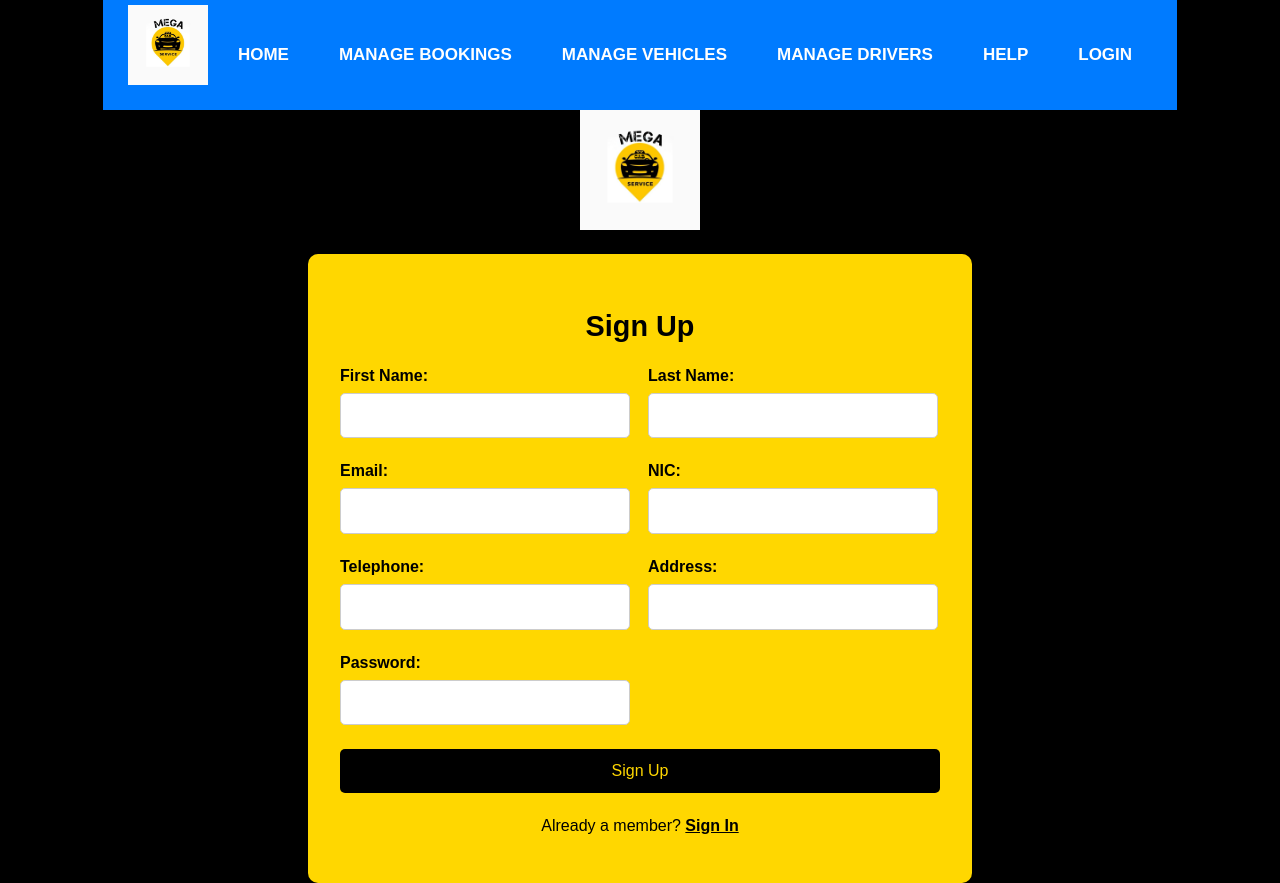
Repository: Maheesha122/MegaCityCab
Page: http://localhost/MegaCityCabs/authentication/signUp.jsp
An editor plug-in stored every save of this project. The page is shown before and after the next save, followed by the edit.
The browser window is 1280 px wide. The pictures show the whole page.
The page is served by Tomcat 10. Other server files are loaded and not shown.

Above is the page before, as saved 2025-03-13 10:01:42.

### MegaCityCab/MegaCityCabs/src/main/webapp/authentication/signUp.jsp
<!DOCTYPE html>
<html lang="en">
<head>
<body>
<%@ include file="navBar.jsp" %>
    <meta charset="UTF-8">
    <meta name="viewport" content="width=device-width, initial-scale=1.0">
    <title>Sign Up - Mega City Cab</title>
    <script src="https://cdn.jsdelivr.net/npm/sweetalert2@11"></script>
    <style>
        /* General Styles */
        body {
            font-family: Arial, sans-serif;
            background-color: #000000; /* Black background */
            margin: 0;
            padding: 0;
            display: flex;
            flex-direction: column;
            justify-content: center;
            align-items: center;
            min-height: 100vh;
        }

        /* Logo Styles */
        .logo {
            text-align: center;
            margin-bottom: 20px;
        }

        .logo img {
            height: 120px; /* Adjust logo size */
            width: auto;
        }

        /* Signup Container Styles */
        .signup-container {
            background-color: #FFD700; /* Yellow background */
            padding: 2rem;
            border-radius: 10px;
            box-shadow: 0 4px 10px rgba(0, 0, 0, 0.1);
            width: 100%;
            max-width: 600px; /* Increased width for better spacing */
            text-align: center;
        }

        .signup-container h2 {
            margin-bottom: 1.5rem;
            color: #000000; /* Black text */
            font-size: 1.8rem;
        }

        /* Form Styles */
        .form-row {
            display: flex;
            gap: 1rem; /* Spacing between columns */
            margin-bottom: 1.5rem; /* Spacing between rows */
        }

        .form-group {
            flex: 1; /* Each group takes equal space */
            text-align: left;
        }

        label {
            display: block;
            margin-bottom: 0.5rem;
            color: #000000; /* Black text */
            font-weight: bold;
        }

        input[type="text"],
        input[type="email"],
        input[type="tel"],
        input[type="password"] {
            width: 90%; /* Smaller input fields */
            padding: 0.8rem;
            border: 1px solid #ccc;
            border-radius: 5px;
            font-size: 1rem;
            transition: border-color 0.3s ease;
        }

        input:focus {
            border-color: #000000; /* Black border on focus */
            outline: none;
        }

        button[type="submit"] {
            width: 100%;
            padding: 0.8rem;
            background-color: #000000; /* Black background */
            color: #FFD700; /* Yellow text */
            border: none;
            border-radius: 5px;
            font-size: 1rem;
            cursor: pointer;
            transition: background-color 0.3s ease;
        }

        button:hover {
            background-color: #333333; /* Darker black on hover */
        }

        /* Signin Text Styles */
        .signin-text {
            margin-top: 1.5rem;
            color: #000000; /* Black text */
        }

        .signin-text a {
            color: #000000; /* Black text */
            text-decoration: underline; /* Underline for links */
            font-weight: bold;
        }

        .signin-text a:hover {
            color: #333333; /* Darker black on hover */
        }
    </style>
</head>
<body>

    <!-- Logo -->
    <div class="logo">
        <img src="images/logo.png" alt="Mega City Cab Logo">
    </div>

    <!-- Signup Container -->
    <div class="signup-container">
        <h2>Sign Up</h2>

        <form id="signupForm">
            <!-- First Row: First Name and Last Name -->
            <div class="form-row">
                <div class="form-group">
                    <label for="firstName">First Name:</label>
                    <input type="text" id="firstName" name="firstName" required>
                </div>
                <div class="form-group">
                    <label for="lastName">Last Name:</label>
                    <input type="text" id="lastName" name="lastName" required>
                </div>
            </div>

            <!-- Second Row: Email and NIC -->
            <div class="form-row">
                <div class="form-group">
                    <label for="email">Email:</label>
                    <input type="email" id="email" name="email" required>
                </div>
                <div class="form-group">
                    <label for="nic">NIC:</label>
                    <input type="text" id="nic" name="nic" required>
                </div>
            </div>

            <!-- Third Row: Telephone and Address -->
            <div class="form-row">
                <div class="form-group">
                    <label for="telephone">Telephone:</label>
                    <input type="tel" id="telephone" name="telephone" required>
                </div>
                <div class="form-group">
                    <label for="address">Address:</label>
                    <input type="text" id="address" name="address" required>
                </div>
            </div>

            <!-- Fourth Row: Password -->
            <div class="form-row">
                <div class="form-group">
                    <label for="password">Password:</label>
                    <input type="password" id="password" name="password" required>
                </div>
                <!-- Empty div to maintain alignment -->
                <div class="form-group"></div>
            </div>

            <!-- Submit Button -->
            <button type="submit">Sign Up</button>
        </form>

        <p class="signin-text">Already a member? <a href="signIn.html">Sign In</a></p>
    </div>

    <script>
        // Simulate registration logic
        document.getElementById("signupForm").addEventListener("submit", function(event) {
            event.preventDefault(); // Prevent the default form submission

            // Get form data
            const firstName = document.getElementById("firstName").value;
            const lastName = document.getElementById("lastName").value;
            const email = document.getElementById("email").value;
            const nic = document.getElementById("nic").value;
            const telephone = document.getElementById("telephone").value;
            const address = document.getElementById("address").value;
            const password = document.getElementById("password").value;

            // Simulate successful registration
            if (email && password) {
                // Store user data (in a real-world application, this should be sent to the backend)
                localStorage.setItem('user', JSON.stringify({
                    firstName,
                    lastName,
                    email,
                    nic,
                    telephone,
                    address,
                    password
                }));

                // Display success message using SweetAlert
                Swal.fire({
                    icon: 'success',
                    title: 'Registration Successful!',
                    text: 'You have been successfully registered.',
                    timer: 2500,
                    showConfirmButton: false
                }).then(() => {
                    // Redirect to the sign-in page after success
                    window.location.href = 'signIn.jsp';
                });
            } else {
                // Display failure message using SweetAlert
                Swal.fire({
                    icon: 'error',
                    title: 'Registration Failed!',
                    text: 'Please ensure all fields are filled out correctly.',
                    confirmButtonColor: '#d33'
                });
            }
        });
    </script>
</body>
</html>

### MegaCityCab/MegaCityCabs/src/main/webapp/authentication/navBar.jsp
<!DOCTYPE html>
<html>
<head>
<meta charset="UTF-8">
<title>Navbar with Dynamic Login/Logout</title>
<style>
    /* Internal CSS for the navbar */
    body {
        margin: 0;
        font-family: Arial, sans-serif;
    }

    .navbar {
        background-color: #007BFF; /* Blue background */
        overflow: hidden;
        display: flex;
        align-items: center;
        justify-content: space-between; /* Space between logo and links */
        padding: 0 20px;
        box-shadow: 0 2px 4px rgba(0, 0, 0, 0.1); /* Subtle shadow */
    }

    .navbar a {
        color: white; /* White text */
        text-align: center;
        padding: 20px 25px; /* Increased spacing */
        text-decoration: none;
        font-size: 17px;
        font-weight: bold; /* Stronger links */
        text-transform: uppercase; /* Uppercase text */
        transition: background-color 0.3s, color 0.3s; /* Smooth hover effect */
    }

    .navbar a:hover {
        background-color: #0056b3; /* Darker blue on hover */
        color: #fff; /* White text on hover */
    }

    .navbar a.logo {
        padding: 5px; /* Adjust padding for the logo */
    }

    .navbar a.logo img {
        height: 80px; /* Larger logo */
        vertical-align: middle;
    }

    .navbar .nav-links {
        display: flex;
        align-items: center;
    }

    /* Style for active link */
    .navbar a.active {
        background-color: #0056b3; /* Darker blue for active link */
        color: #fff; /* White text for active link */
    }
</style>
</head>
<body>

    <!-- Navbar -->
    <div class="navbar">
        <!-- Logo linking to home.jsp -->
        <a href="dashboard.jsp" class="logo">
            <img src="../images/logo.png" alt="Logo">
        </a>

        <!-- Navbar links aligned to the right -->
        <div class="nav-links" id="navLinks">
            <a href="dashboard.jsp">Home</a>
            <a href="manageBookings.jsp">Manage Bookings</a>
            <a href="manageVehicles.jsp">Manage Vehicles</a>
            <a href="manageDrivers.jsp">Manage Drivers</a>
            <a href="help.jsp">Help</a>
            <!-- Login/Logout link will be dynamically inserted by JavaScript -->
        </div>
    </div>

    <script>
        // Function to check if the user is logged in
        function checkLoginStatus() {
            // Retrieve user email from localStorage or sessionStorage
            const loggedInUser = localStorage.getItem('user_email') || sessionStorage.getItem('user_email');

            // Get the navLinks div where the login/logout link will be inserted
            const navLinks = document.getElementById('navLinks');

            // Clear the login/logout link to ensure it is reset
            const existingLoginLink = document.getElementById('loginLogoutLink');
            if (existingLoginLink) {
                navLinks.removeChild(existingLoginLink);
            }

            // If the user is logged in, display the Logout link
            if (loggedInUser) {
                const logoutLink = document.createElement('a');
                logoutLink.href = '/SignOut';  // Adjust the URL as necessary
                logoutLink.id = 'loginLogoutLink';
                logoutLink.textContent = 'Logout';
                navLinks.appendChild(logoutLink);
            } else {
                // If the user is not logged in, display the Login link
                const loginLink = document.createElement('a');
                loginLink.href = '../authentication/signIn.jsp';
                loginLink.id = 'loginLogoutLink';
                loginLink.textContent = 'Login';
                navLinks.appendChild(loginLink);
            }
        }

        // Call the checkLoginStatus function on page load
        window.onload = checkLoginStatus;
    </script>

</body>
</html>

After the next save:
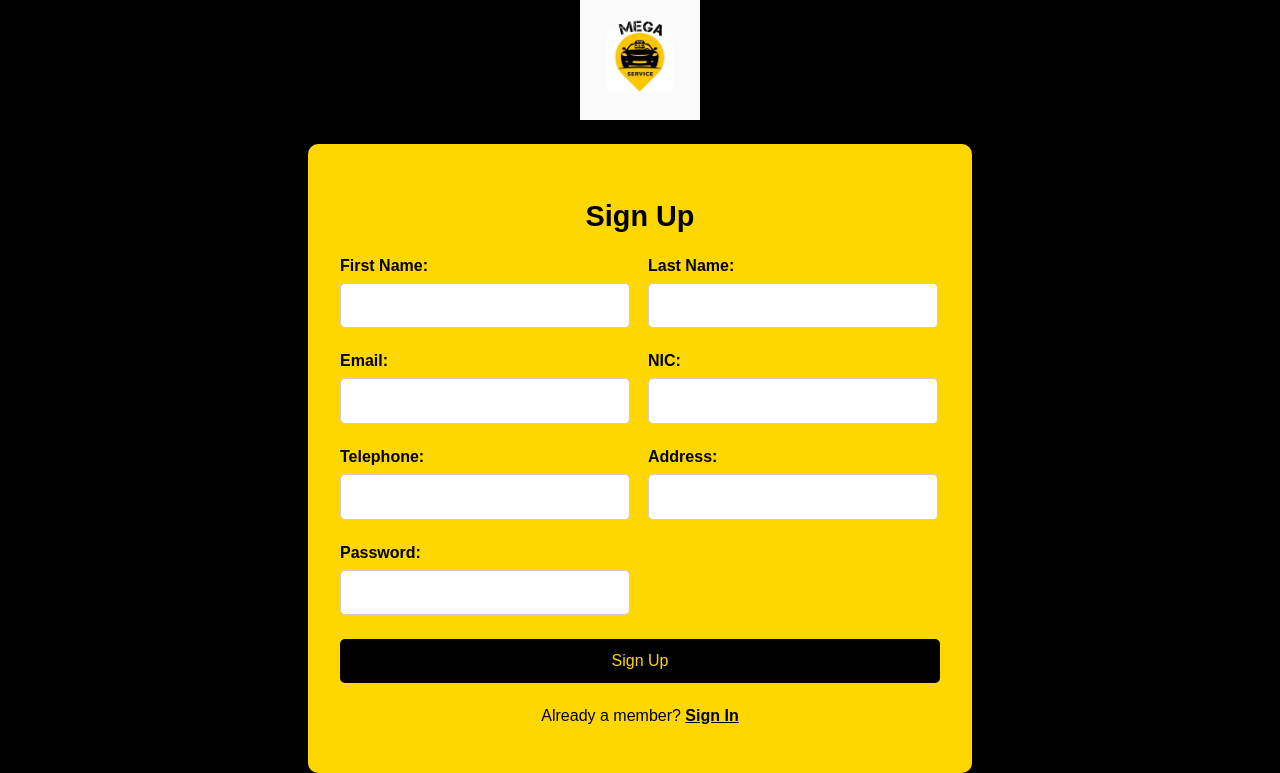
Saved 30 s later.
--- a/MegaCityCab/MegaCityCabs/src/main/webapp/authentication/signUp.jsp
+++ b/MegaCityCab/MegaCityCabs/src/main/webapp/authentication/signUp.jsp
@@ -1,8 +1,6 @@
 <!DOCTYPE html>
 <html lang="en">
 <head>
-<body>
-<%@ include file="navBar.jsp" %>
     <meta charset="UTF-8">
     <meta name="viewport" content="width=device-width, initial-scale=1.0">
     <title>Sign Up - Mega City Cab</title>

After the save that followed:
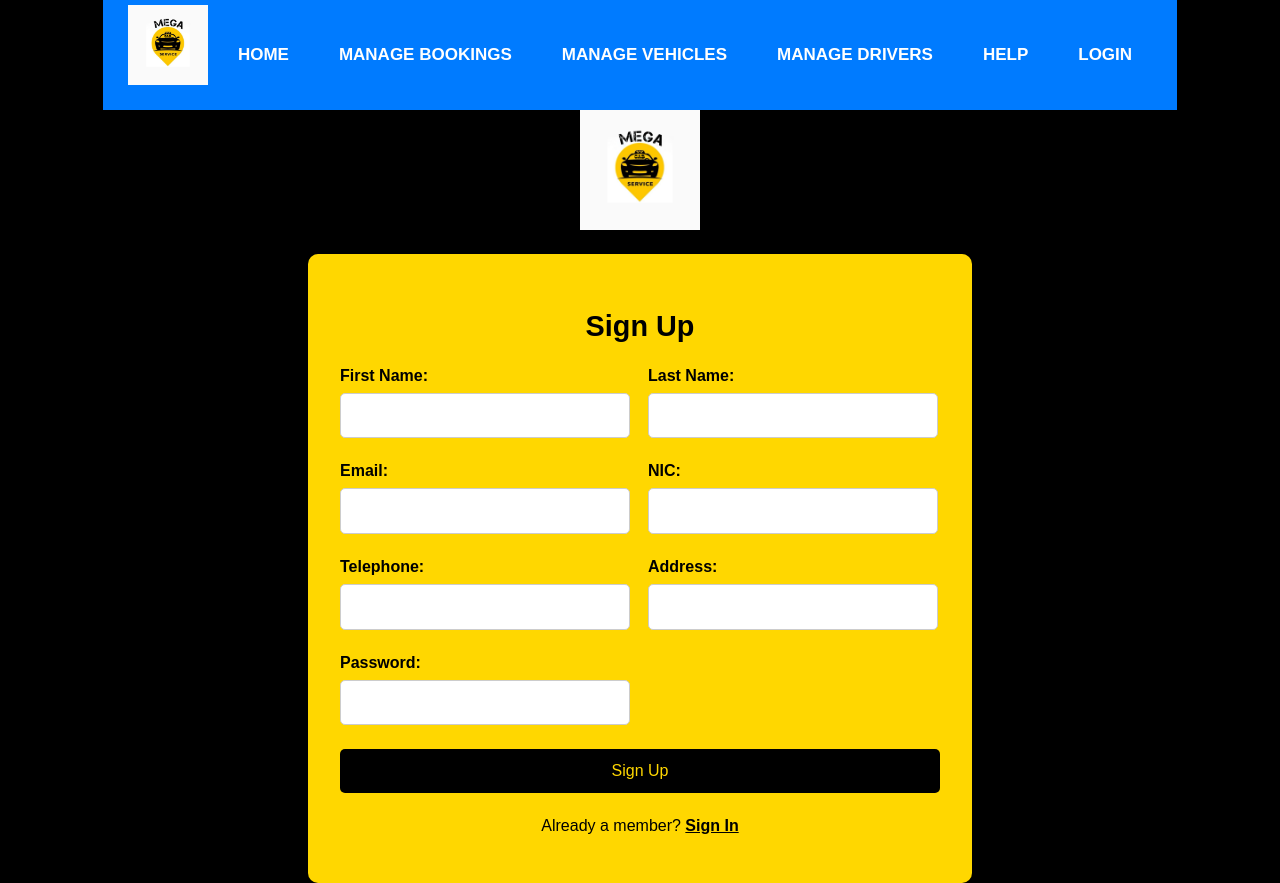
Saved 7 min 6 s later.
--- a/MegaCityCab/MegaCityCabs/src/main/webapp/authentication/signUp.jsp
+++ b/MegaCityCab/MegaCityCabs/src/main/webapp/authentication/signUp.jsp
@@ -1,6 +1,8 @@
 <!DOCTYPE html>
 <html lang="en">
 <head>
+<body>
+<%@ include file="navBar.jsp" %>
     <meta charset="UTF-8">
     <meta name="viewport" content="width=device-width, initial-scale=1.0">
     <title>Sign Up - Mega City Cab</title>
